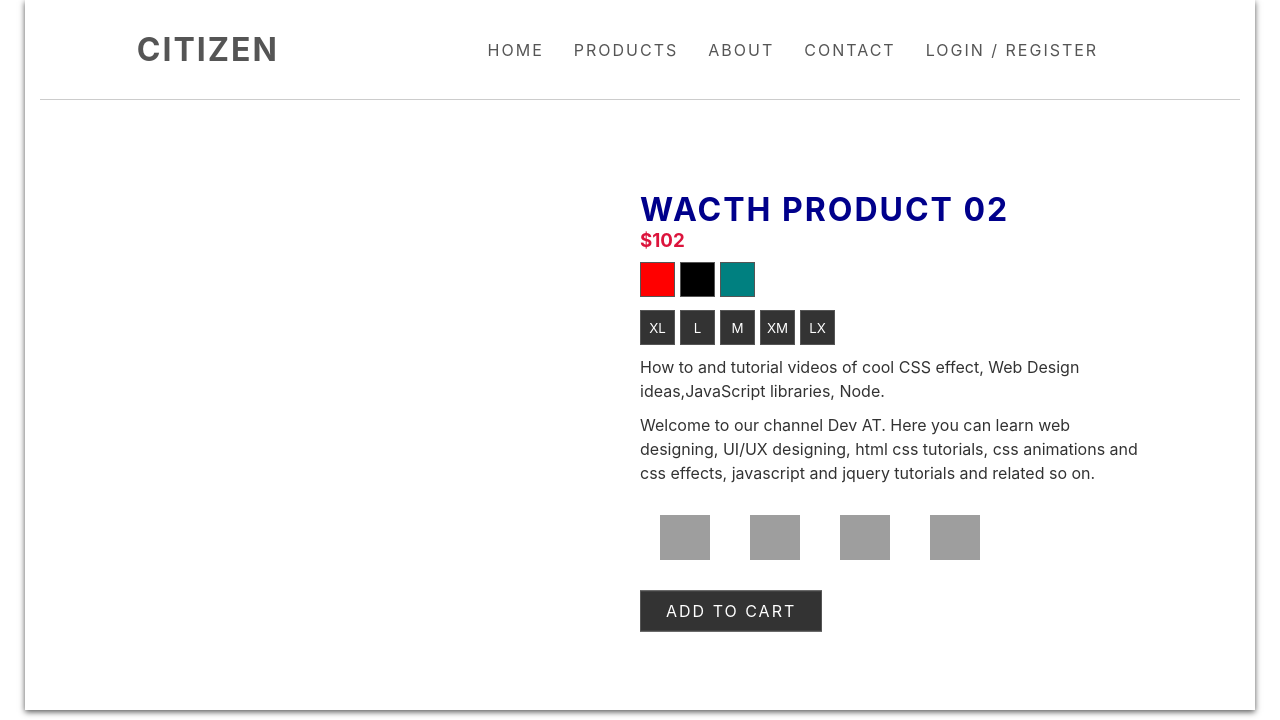
Repository: kiienle/shopping-cart
Page: /products/2
These files come from the project's save history. The page is drawn as it stood at one moment and after the next save; the edit follows.
The browser window is 1280 px wide. The pictures show the whole page.
Pictures or frames that could not be fetched are drawn as grey boxes. The project was rebuilt for these pictures with package versions that can differ from the ones it lists, and the page was loaded fresh each time. Also part of the build but not shown: src/components/Products.js, src/components/Cart.js, src/App.css.

Above is the page before, as saved 2021-12-17 20:10:12.

After the next save:
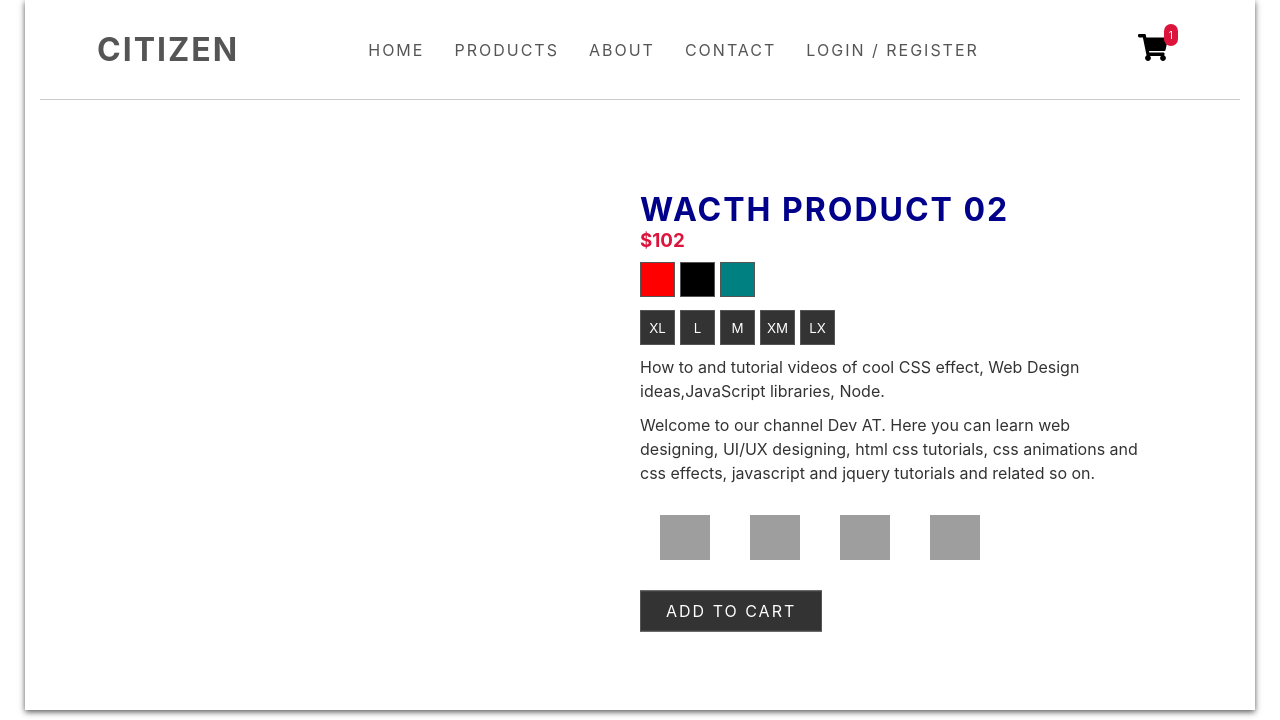
Saved 9 min 3 s later.
--- a/src/components/Header.js
+++ b/src/components/Header.js
@@ -1,11 +1,16 @@
 import React from 'react'
 import Menu from './svg/bars-solid.svg'
 import Close from './svg/times-solid.svg'
+import Cart from './component/shopping-cart-solid.svg'
 import { Link } from 'react-router-dom'
 
 export default function Header() {
     return (
         <header>
+            <div className='menu'>
+                <img src={Menu} width="30" />
+            </div>
+
             <div className="logo">
                 <h1><Link to="/products">Citizen</Link></h1>
             </div>
@@ -19,8 +24,12 @@ export default function Header() {
                     <img src={Close} alt="" width="30" className='menu' />
                 </li>
             </ul>
-            <div className='menu'>
-                <img src={Menu} width="30" />
+
+            <div className='cart-icon'>
+                <span>1</span>
+                <Link to={"/cart"}>
+                    <img src={Cart} alt='' width="30" />
+                </Link>
             </div>
         </header>
     )
